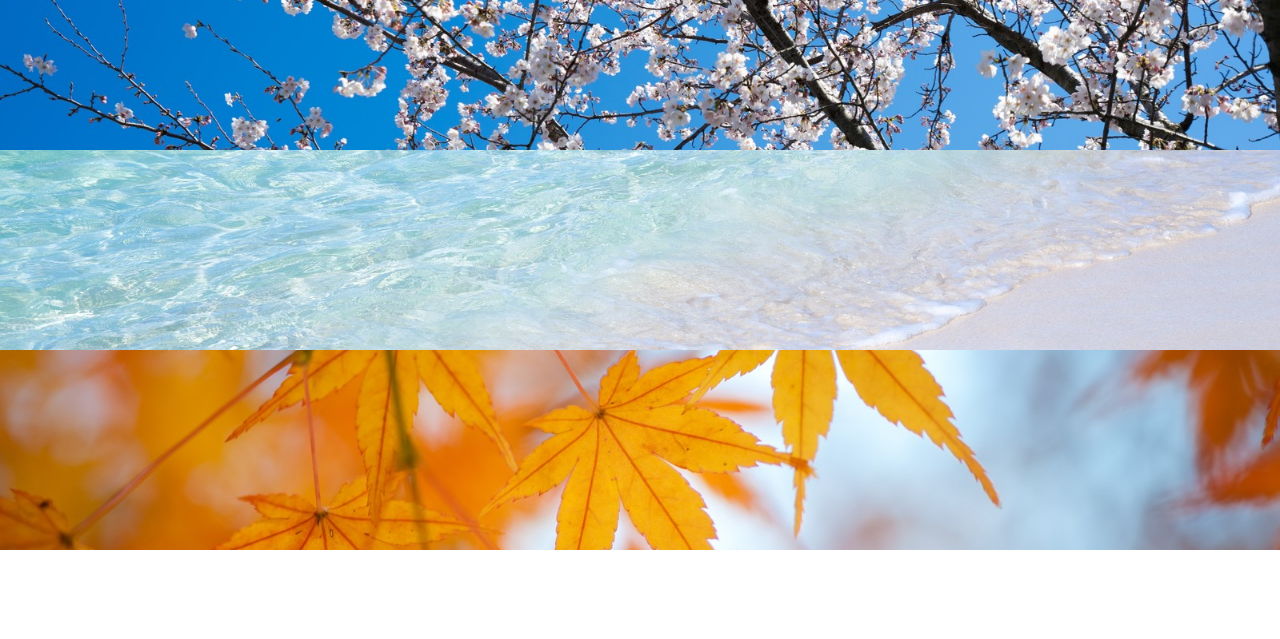
Repository: eyaonu/application2
Page: chapter6/answer6.html
The author's editor kept a record of every edit. The page is drawn from the files as they stood at one moment, then again after the next edit.
The browser window is 1280 px wide. The pictures show the whole page.

Above is the page before.

After the next edit:
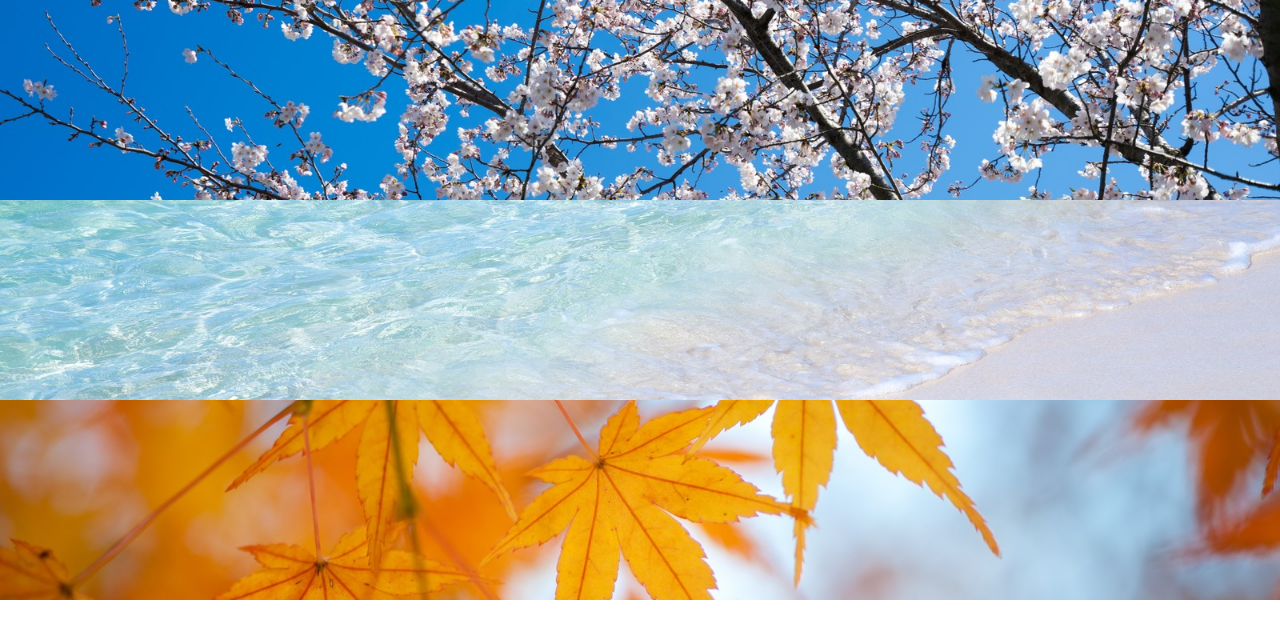
The edit:
--- a/chapter6/style6.css
+++ b/chapter6/style6.css
@@ -11,7 +11,7 @@
 
 header {
   width: 100%;
-  height: 150px;
+  height: 200px;
   background-image: url(img/box1.jpg);
   background-size: cover; /* 縦横比を維持したまま背景領域を埋め尽くす */
   background-position: center; /* 背景画像を中央に配置 */
